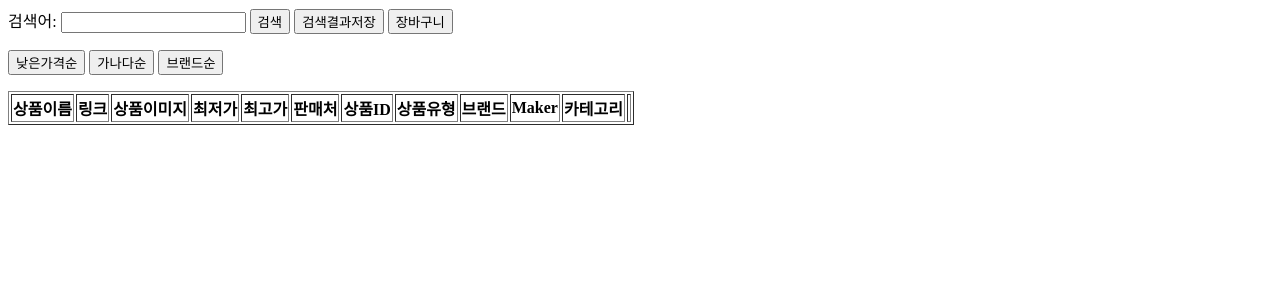
Repository: parkjiminnnn/NaverShoppingAPI
Page: http://localhost/Shop/main.jsp
The author's editor kept a copy of each file at every save. The page is drawn from the files as they stood at one save, then again after the next save.
The browser window is 1280 px wide. The pictures show the whole page.
The page is served by Tomcat 9. Other server files are loaded and not shown.

Above is the page before, as saved 2023-11-17 13:04:58.

### Shop/WebContent/main.jsp
<%@ page language="java" contentType="text/html; charset=UTF-8" pageEncoding="UTF-8"%>
<%@page import="shop.DBconnect"%>
<%@ page import="shop.*" %>
<%@ page import="java.net.URLEncoder" %>
<%@ page import="java.util.*" %>

<%
    // 한글 깨짐 방지
    request.setCharacterEncoding("UTF-8");

    // 검색 결과를 저장할 리스트
    List<Data> searchResults = new ArrayList<>();

    // POST 메서드로 요청이 왔을 때 검색 수행
    if ("POST".equalsIgnoreCase(request.getMethod())) {
        // 사용자가 입력한 검색어 가져오기
        String searchTerm = request.getParameter("searchTerm");

        // 검색어가 비어있지 않다면 API 호출
        if (searchTerm != null && !searchTerm.isEmpty()) {
            // 네이버 API 호출
            String clientId = "iE6XydOWfru4IEU74MXl";
            String clientSecret = "m9Am_QmO2k";

            String text = URLEncoder.encode(searchTerm, "UTF-8");
            String apiURL = "https://openapi.naver.com/v1/search/shop?query="+text+"&display=100";
            Map<String, String> requestHeaders = new HashMap<>();
            requestHeaders.put("X-Naver-Client-Id", clientId);
            requestHeaders.put("X-Naver-Client-Secret", clientSecret);

            // 네이버 API 호출 메서드를 통해 결과 받아오기
            searchResults = NaverShop.parseItemsArray(NaverShop.get(apiURL, requestHeaders));
        }
    }
 // 저장 버튼이 클릭되면 DB에 저장
    if ("POST".equalsIgnoreCase(request.getMethod()) && request.getParameter("saveButton") != null) {
        DBconnect.saveToDatabase(searchResults);


%>
		<!--저장확인메시지 출력  -->
		<script>
            alert("데이터가 성공적으로 저장되었습니다.");
        </script>

<%
    }
    // 낮은가격순
   if(request.getParameter("lpriceButton") != null){
    Collections.sort(searchResults, (data1, data2) -> Integer.compare(Integer.parseInt(data1.getLprice()), Integer.parseInt(data2.getLprice())));
   }
    //가나다순
    if(request.getParameter("titleButton") != null){
    Collections.sort(searchResults, (data1, data2) -> data1.getTitle().compareTo(data2.getTitle()));

    }
    //브랜드순
    if(request.getParameter("brandButton") != null){
    	Collections.sort(searchResults, (data1, data2) -> data1.getBrand().compareTo(data2.getBrand()));
    }

%>

<html>
<head>
<meta charset="UTF-8">
<link rel="stylesheet" href="css/table.css">
    <title>Search Page</title>
</head>
<body>
<%
    request.setCharacterEncoding("UTF-8");
	String searchTerm = request.getParameter("searchTerm");
	if(searchTerm==null) searchTerm = "";

%>
    <form action="" method="post">
        <label for="searchTerm">검색어:</label>
        <input type="text" id="searchTerm" name="searchTerm" value="<%=searchTerm%>" required>
        <button type="submit">검색</button>
         <!-- 저장 버튼 추가 -->
    <button type="submit" name="saveButton">검색결과저장</button>
    <button type="submit" name="basketButton" onclick="openModal()">장바구니</button><p>
    <button type="submit" name="lpriceButton">낮은가격순</button>
    <button type="submit" name="titleButton">가나다순</button>
    <button type="submit" name="brandButton">브랜드순</button>

    </form>

    <%-- 검색 결과 출력 --%>
        <table border="1">
            <thead>
                <tr>
                    <th>상품이름</th>
                    <th>링크</th>
                    <th>상품이미지</th>
                    <th>최저가</th>
                    <th>최고가</th>
                    <th>판매처</th>
                    <th>상품ID</th>
                    <th>상품유형</th>
                    <th>브랜드</th>
                    <th>Maker</th>
                    <th>카테고리</th>
                    <th> </th>
                </tr>
            </thead>
    <% if (searchResults != null && !searchResults.isEmpty()) { %>
            <tbody>
                <% for (Data result : searchResults) { %>
                    <tr>
                        <td><%= result.getTitle() %></td>
                        <td><a href="<%= result.getLink() %>"><%= result.getLink() %></a></td>
                        <td><img alt="이미지" src="<%= result.getImage() %>" class="shopimg"></td>
                        <td><%= result.getLprice() %></td>
                        <td><%= result.getHprice() %></td>
                        <td><%= result.getMallName() %></td>
                        <td><%= result.getProductId() %></td>
                        <td><%= result.getProductType() %></td>
                        <td><%= result.getBrand() %></td>
                        <td><%= result.getMaker() %></td>
                        <td><%= result.getCategory1() %></td>
                        <td><a href="">담기</a></td>
                    </tr>
                <% } %>
            </tbody>
        </table>
    <% } else if ("POST".equalsIgnoreCase(request.getMethod())) { %>
        <p>검색결과가 없습니다..</p>
    <% } %>
    <%-- JavaScript 추가 --%>
    <script>
        function openModal() {
            document.getElementById("myModal").style.display = "block";
        }

        function closeModal() {
            document.getElementById("myModal").style.display = "none";
        }

        // 모달 외부를 클릭하면 모달이 닫히도록 설정
        window.onclick = function(event) {
            if (event.target == document.getElementById("myModal")) {
                document.getElementById("myModal").style.display = "none";
            }
        }
<%
	if(request.getParameter("basketButton") !=null){
%>
    </script>
    <%-- 모달 창 추가 --%>
    <div id="myModal" class="modal">
        <div class="modal-content">
            <span class="close" onclick="closeModal()">&times;</span>
            <!-- 모달 내용 추가 -->
            <h2>장바구니 내용</h2>
            <p>장바구니에 담긴 상품들을 여기에 표시하세요.</p>
        </div>
    </div>
<%
	}
%>


</body>
</html>

### Shop/src/shop/Data.java
package shop;

public class Data {
	String title="";
	String link="";
	String image="";
	String lprice="";
	String hprice="";
	String mallName="";
	String productId="";
	String productType="";
	String brand="";
	String maker="";
	String category1 ="";
	public String getTitle() {
		return title;
	}
	public void setTitle(String title) {
		this.title = title;
	}
	public String getLink() {
		return link;
	}
	public void setLink(String link) {
		this.link = link;
	}
	public String getImage() {
		return image;
	}
	public void setImage(String image) {
		this.image = image;
	}
	public String getLprice() {
		return lprice;
	}
	public void setLprice(String lprice) {
		this.lprice = lprice;
	}
	public String getHprice() {
		return hprice;
	}
	public void setHprice(String hprice) {
		this.hprice = hprice;
	}
	public String getMallName() {
		return mallName;
	}
	public void setMallName(String mallName) {
		this.mallName = mallName;
	}
	public String getProductId() {
		return productId;
	}
	public void setProductId(String productId) {
		this.productId = productId;
	}
	public String getProductType() {
		return productType;
	}
	public void setProductType(String productType) {
		this.productType = productType;
	}
	public String getBrand() {
		return brand;
	}
	public void setBrand(String brand) {
		this.brand = brand;
	}
	public String getMaker() {
		return maker;
	}
	public void setMaker(String maker) {
		this.maker = maker;
	}
	public String getCategory1() {
		return category1;
	}
	public void setCategory1(String category1) {
		this.category1 = category1;
	}

}

### Shop/WebContent/css/table.css

.shopimg {
  width: 100px;
  height: 100px;

}

After the next save:
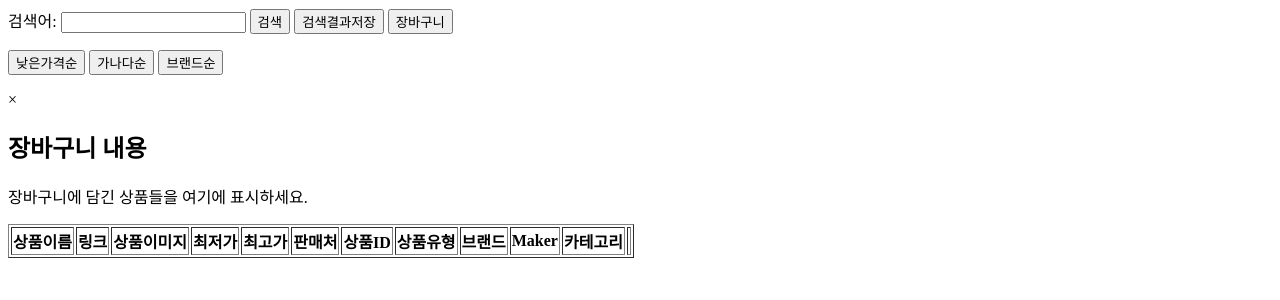
Saved 2 min 59 s later.
--- a/Shop/WebContent/main.jsp
+++ b/Shop/WebContent/main.jsp
@@ -144,9 +144,6 @@
                 document.getElementById("myModal").style.display = "none";
             }
         }
-<%
-	if(request.getParameter("basketButton") !=null){
-%>
     </script>
     <%-- 모달 창 추가 --%>
     <div id="myModal" class="modal">
@@ -157,9 +154,7 @@
             <p>장바구니에 담긴 상품들을 여기에 표시하세요.</p>
         </div>
     </div>
-<%
-	}
-%>
+
 
 
 </body>

After the save that followed:
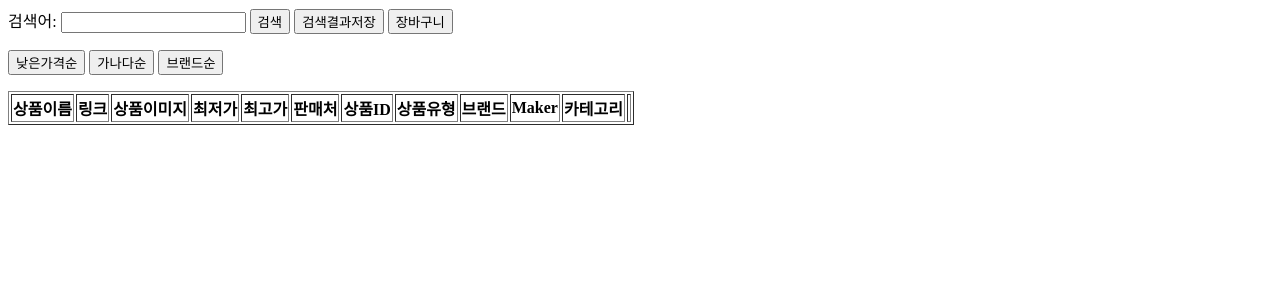
Saved 98 s later.
--- a/Shop/WebContent/css/table.css
+++ b/Shop/WebContent/css/table.css
@@ -4,3 +4,16 @@
   height: 100px;
 
 }
+ .modal {
+        display: none; /* 초기에는 모달 창을 보이지 않도록 설정 */
+        position: fixed;
+        z-index: 1;
+        left: 0;
+        top: 0;
+        width: 100%;
+        height: 100%;
+        overflow: auto;
+        background-color: rgb(0, 0, 0);
+        background-color: rgba(0, 0, 0, 0.4);
+        padding-top: 60px;
+    }
